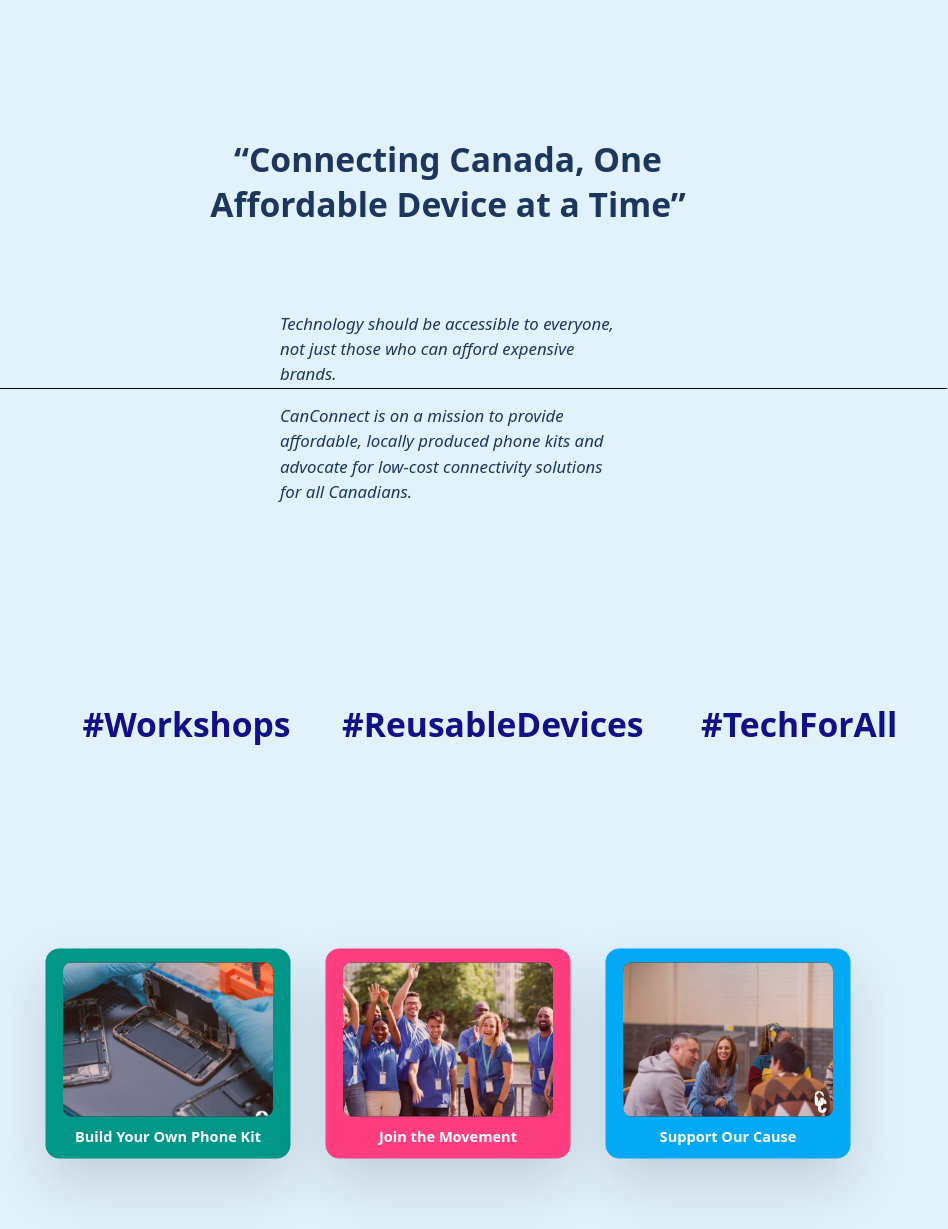
Repository: katelynyew/communityWebsite
Page: index.html
These files come from the project's save history. The page is drawn as it stood at one moment and after a run of saves; the edit follows.
The browser window is 1280 px wide. The page is 1354 px wide, so the pictures cover 1354 px, including what lies to the right of the window. The pictures show the part of the page from y = 2350 to 4190 px (the page is 4105 px tall before and 4190 px after), at 70% of full size.
Some web fonts or font styles are not loaded; a fallback is used. Some web libraries are served in a nearby version.

Above is the page before, as saved 2025-04-03 05:01:49.

After the next 9 saves:
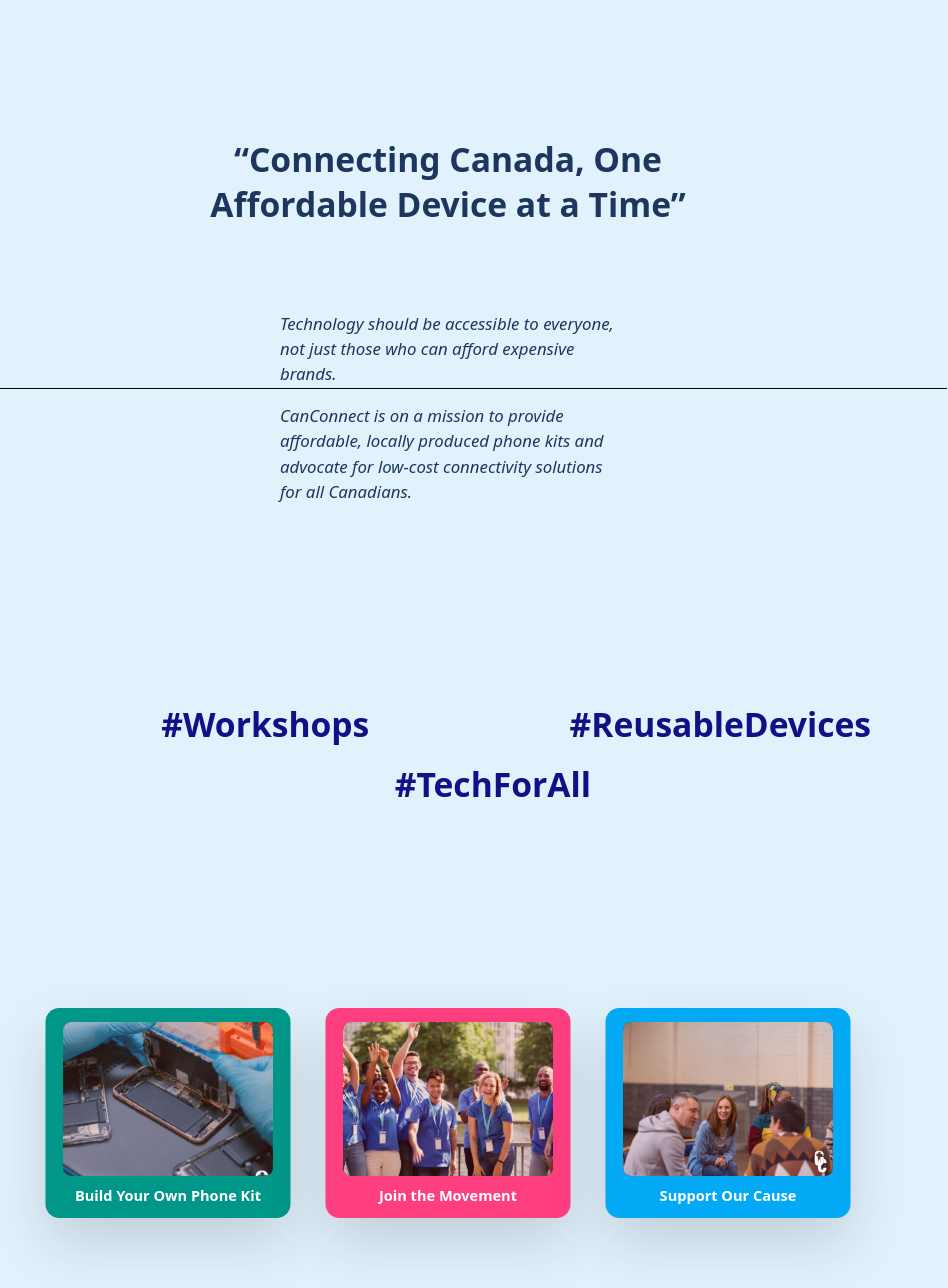
The 9 saves are shown as one change because they came seconds apart.
The last was saved 25 s later.
--- a/style.css
+++ b/style.css
@@ -231,7 +231,7 @@
 
 .row    .tags{
 
-    flex: 1 1 20%; /* Ensures the <p> elements take up at least 20% of the row, but can grow and shrink */
+    flex: 1 1 40%; /* Ensures the <p> elements take up at least 20% of the row, but can grow and shrink */
 
     text-align: center;
     font-size: 3rem;
